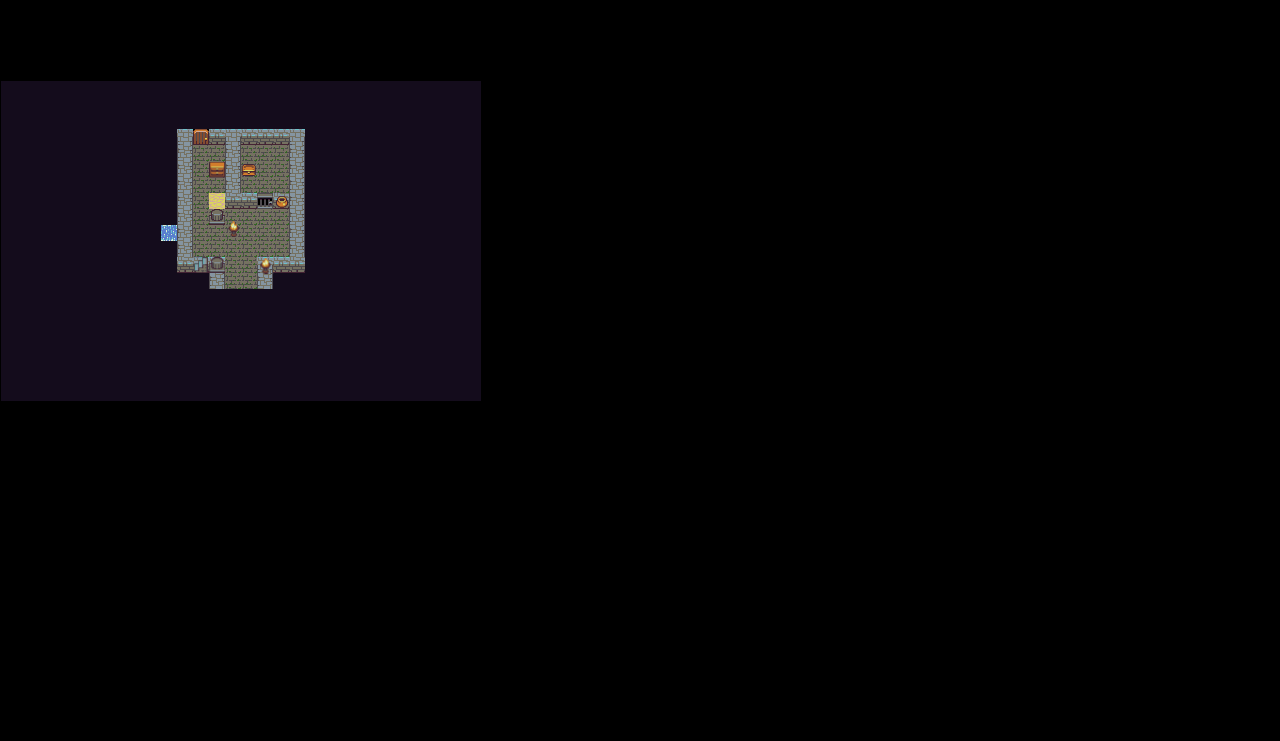
Repository: Arifindepayjr1/RPG_GAMES
Page: / (app in pixel2d_game/)
An editor plug-in stored every save of this project. The page is shown before and after a run of saves, followed by the edit.
The browser window is 1280 px wide. The pictures show the whole page.
The project was rebuilt for these pictures with package versions that can differ from the ones it lists, and the page was loaded fresh each time. Also part of the build but not shown: pixel2d_game/vite.config.js.

Above is the page before, as saved 2025-03-19 00:19:52.

### pixel2d_game/src/App.jsx
import React from 'react';
import Tilemap3 from '../src/component/tilemap3';
import './App.css'; // Optional: for styling

function App() {
  return (
    <div className="App">
      <h1>Tilemap3 Test</h1>
      <Tilemap3 />
    </div>
  );
}

export default App;

### pixel2d_game/src/component/tilemap3.jsx
import React, { useEffect, useRef, useMemo } from 'react';
import tilemapImage from "./asset/assets/tilemap1asset.png";

const Tilemap3 = () => {
  const canvasRef = useRef(null);
  const TILE_SIZE = 16;

const rawMap = [
    23, 23, 23, 23, 23, 23, 23, 23, 23, 23, 23, 23, 23, 23, 23, 23, 23, 23, 23, 23, 23, 23, 23, 23, 23, 23, 23, 23, 23, 23,
    23, 23, 23, 23, 23, 23, 23, 23, 23, 23, 23, 23, 23, 23, 23, 23, 23, 23, 23, 23, 23, 23, 23, 23, 23, 23, 23, 23, 23, 23,
    23, 23, 23, 23, 23, 23, 23, 23, 23, 23, 23, 23, 23, 23, 23, 23, 23, 23, 23, 23, 23, 23, 23, 23, 23, 23, 23, 23, 23, 23,
    23, 23, 23, 23, 23, 23, 23, 23, 23, 23, 23, 4, 49, 1, 4, 1, 1, 1, 4, 23, 23, 23, 23, 23, 23, 23, 23, 23, 23, 23,
    23, 23, 23, 23, 23, 23, 23, 23, 23, 23, 23, 2, 15, 15, 2, 15, 15, 15, 2, 23, 23, 23, 23, 23, 23, 23, 23, 23, 23, 23,
    23, 23, 23, 23, 23, 23, 23, 23, 23, 23, 23, 2, 15, 15, 2, 15, 15, 15, 2, 23, 23, 23, 23, 23, 23, 23, 23, 23, 23, 23,
    23, 23, 23, 23, 23, 23, 23, 23, 23, 23, 23, 2, 15, 15, 2, 15, 15, 15, 2, 23, 23, 23, 23, 23, 23, 23, 23, 23, 23, 23,
    23, 23, 23, 23, 23, 23, 23, 23, 23, 23, 23, 2, 15, 11, 3, 1, 50, 3, 2, 23, 23, 23, 23, 23, 23, 23, 23, 23, 23, 23,
    23, 23, 23, 23, 23, 23, 23, 23, 23, 23, 23, 2, 15, 15, 15, 15, 15, 15, 2, 23, 23, 23, 23, 23, 23, 23, 23, 23, 23, 23,
    23, 23, 23, 23, 23, 23, 23, 23, 23, 23, 22, 2, 15, 15, 15, 15, 15, 15, 2, 23, 23, 23, 23, 23, 23, 23, 23, 23, 23, 23,
    23, 23, 23, 23, 23, 23, 23, 23, 23, 23, 23, 2, 15, 15, 15, 15, 15, 15, 2, 23, 23, 23, 23, 23, 23, 23, 23, 23, 23, 23,
    23, 23, 23, 23, 23, 23, 23, 23, 23, 23, 23, 3, 1, 4, 15, 15, 4, 1, 3, 23, 23, 23, 23, 23, 23, 23, 23, 23, 23, 23,
    23, 23, 23, 23, 23, 23, 23, 23, 23, 23, 23, 23, 23, 2, 15, 15, 2, 23, 23, 23, 23, 23, 23, 23, 23, 23, 23, 23, 23, 23,
    23, 23, 23, 23, 23, 23, 23, 23, 23, 23, 23, 23, 23, 23, 23, 23, 23, 23, 23, 23, 23, 23, 23, 23, 23, 23, 23, 23, 23, 23,
    23, 23, 23, 23, 23, 23, 23, 23, 23, 23, 23, 23, 23, 23, 23, 23, 23, 23, 23, 23, 23, 23, 23, 23, 23, 23, 23, 23, 23, 23,
    23, 23, 23, 23, 23, 23, 23, 23, 23, 23, 23, 23, 23, 23, 23, 23, 23, 23, 23, 23, 23, 23, 23, 23, 23, 23, 23, 23, 23, 23,
    23, 23, 23, 23, 23, 23, 23, 23, 23, 23, 23, 23, 23, 23, 23, 23, 23, 23, 23, 23, 23, 23, 23, 23, 23, 23, 23, 23, 23, 23,
    23, 23, 23, 23, 23, 23, 23, 23, 23, 23, 23, 23, 23, 23, 23, 23, 23, 23, 23, 23, 23, 23, 23, 23, 23, 23, 23, 23, 23, 23,
    23, 23, 23, 23, 23, 23, 23, 23, 23, 23, 23, 23, 23, 23, 23, 23, 23, 23, 23, 23, 23, 23, 23, 23, 23, 23, 23, 23, 23, 23,
    23, 23, 23, 23, 23, 23, 23, 23, 23, 23, 23, 23, 23, 23, 23, 23, 23, 23, 23, 23, 23, 23, 23, 23, 23, 23, 23, 23, 23, 23
  ];

  const baseLayer = Array(20).fill().map(() => Array(30));
  for (let row = 0; row < 20; row++) {
    for (let col = 0; col < 30; col++) {
      baseLayer[row][col] = rawMap[row * 30 + col];
    }
  }

  // Memoize objects
  const objects = useMemo(() => [
    {"gid": 37, "height": 16, "id": 2, "name": "", "rotation": 0, "type": "", "visible": true, "width": 16, "x": 239.75, "y": 81},
    {"gid": 57, "height": 16, "id": 3, "name": "", "rotation": 0, "type": "", "visible": true, "width": 16, "x": 208.25, "y": 80.5},
    {"gid": 40, "height": 16, "id": 7, "name": "", "rotation": 0, "type": "", "visible": true, "width": 16, "x": 208, "y": 128},
    {"gid": 61, "height": 16, "id": 8, "name": "", "rotation": 0, "type": "", "visible": true, "width": 16, "x": 224.75, "y": 139.75},
    {"gid": 58, "height": 16, "id": 10, "name": "", "rotation": 0, "type": "", "visible": true, "width": 16, "x": 191.25, "y": 176.25},
    {"gid": 40, "height": 16, "id": 11, "name": "", "rotation": 0, "type": "", "visible": true, "width": 16, "x": 208.25, "y": 176.25},
    {"gid": 62, "height": 16, "id": 12, "name": "", "rotation": 0, "type": "", "visible": true, "width": 16, "x": 256.5, "y": 176.5},
    {"gid": 28, "height": 16, "id": 14, "name": "", "rotation": 0, "type": "", "visible": true, "width": 16, "x": 273, "y": 113.25}
  ], []); // Empty dependency array since it’s static

  useEffect(() => {
    const canvas = canvasRef.current;
    const ctx = canvas.getContext('2d');
    const tileset = new Image();
    tileset.src = tilemapImage;

    const tilePositions = {
      12: { x: 48, y: 16 }, 11: { x: 32, y: 16 }, 18: { x: 16, y: 32 }, 22: { x: 80, y: 32 },
      0: { x: 0, y: 16 }, 5: { x: 64, y: 0 }, 8: { x: 112, y: 0 }, 6: { x: 80, y: 0 },
      1: { x: 0, y: 0 }, 2: { x: 16, y: 0 }, 89: { x: 0, y: 176 }, 13: { x: 64, y: 16 },
      77: { x: 64, y: 144 }, 31: { x: 96, y: 48 }, 59: { x: 32, y: 112 }, 60: { x: 48, y: 112 },
      21: { x: 64, y: 32 }, 28: { x: 48, y: 48 }, 57: { x: 112, y: 96 }, 56: { x: 96, y: 96 },
      45: { x: 80, y: 80 }, 54: { x: 80, y: 96 }, 48: { x: 112, y: 80 }, 38: { x: 80, y: 64 },
      36: { x: 64, y: 64 }, 16: { x: 112, y: 16 }, 51: { x: 32, y: 96 }, 19: { x: 32, y: 32 },
      49: { x: 0, y: 96 }, 41: { x: 0, y: 80 }, 42: { x: 16, y: 80 }, 43: { x: 32, y: 80 },
      33: { x: 0, y: 64 }, 25: { x: 0, y: 48 }, 26: { x: 16, y: 48 }, 27: { x: 32, y: 48 },
      35: { x: 32, y: 64 }, 15: { x: 96, y: 16 }, 23: { x: 96, y: 32 }, 24: { x: 64, y: 32 },
      3: { x: 32, y: 0 }, 4: { x: 48, y: 0 }, 50: { x: 16, y: 96 }, 37: { x: 64, y: 64 },
      40: { x: 112, y: 64 }, 58: { x: 0, y: 112 }, 61: { x: 64, y: 112 }, 62: { x: 80, y: 112 }
    };

    const drawMap = () => {
      if (!tileset.complete || tileset.naturalWidth === 0) {
        console.log('Tileset not loaded yet, retrying...');
        setTimeout(drawMap, 100);
        return;
      }

      for (let row = 0; row < 20; row++) {
        for (let col = 0; col < 30; col++) {
          const tileId = baseLayer[row][col];
          const tilePos = tilePositions[tileId] || tilePositions[15];
          ctx.drawImage(
            tileset,
            tilePos.x, tilePos.y,
            TILE_SIZE, TILE_SIZE,
            col * TILE_SIZE, row * TILE_SIZE,
            TILE_SIZE, TILE_SIZE
          );
        }
      }

      objects.forEach(obj => {
        if (obj.visible) {
          const tilePos = tilePositions[obj.gid];
          if (tilePos) {
            const x = Math.floor(obj.x / TILE_SIZE) * TILE_SIZE + (obj.x % TILE_SIZE);
            const y = Math.floor(obj.y / TILE_SIZE) * TILE_SIZE + (obj.y % TILE_SIZE);
            ctx.drawImage(
              tileset,
              tilePos.x, tilePos.y,
              TILE_SIZE, TILE_SIZE,
              x, y,
              TILE_SIZE, TILE_SIZE
            );
          }
        }
      });
    };

    tileset.onload = drawMap;
    tileset.onerror = () => console.error('Failed to load tileset image');

    return () => {};
  }, [baseLayer, objects]);

  return (
    <div>
      <canvas ref={canvasRef} width={480} height={320} style={{ border: '1px solid black' }} />
    </div>
  );
};

export default Tilemap3;

### pixel2d_game/src/App.css
body {
  margin: 0;
  padding: 0;
  background: black;
  height: 100vh;
  overflow: hidden;
}

Loaded but not shown: pixel2d_game/index.html (common file); pixel2d_game/src/main.jsx (common file); pixel2d_game/src/index.css (no stored copy; drawn as an empty file)

After the next 2 saves:
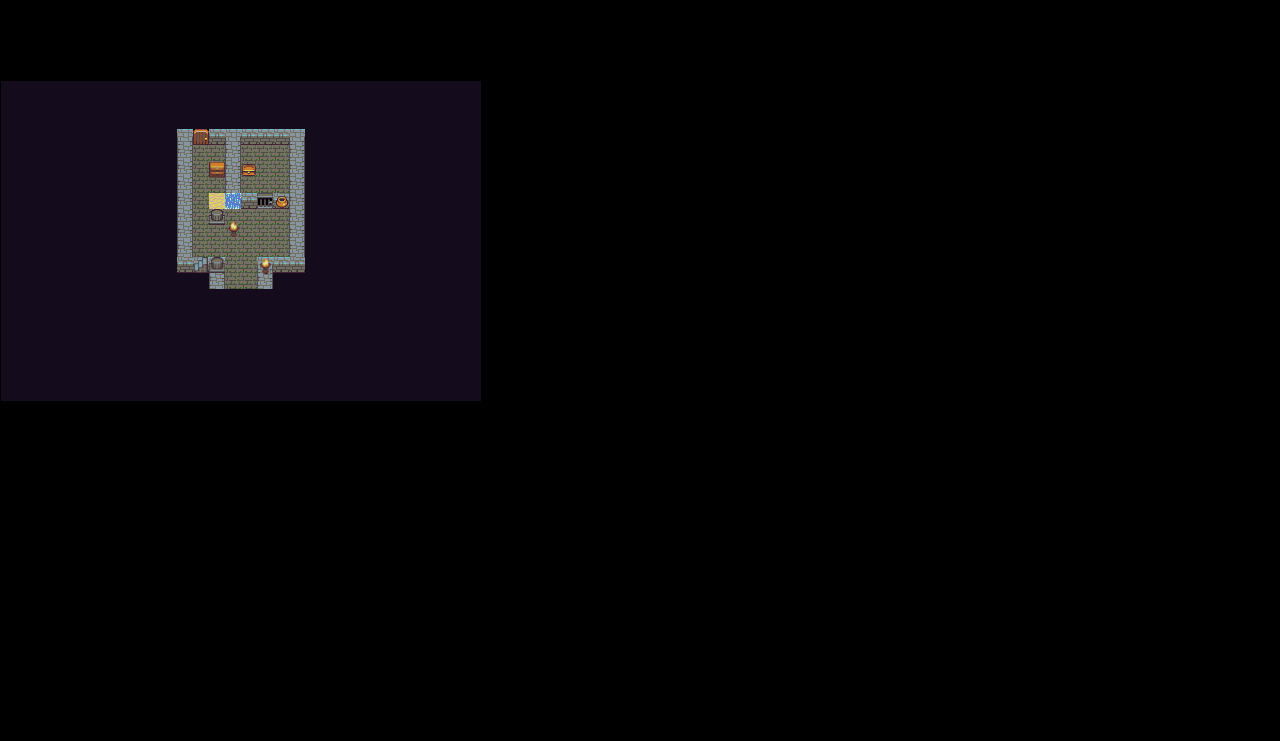
The 2 saves are shown as one change because they came seconds apart.
The last was saved 9 s later.
--- a/pixel2d_game/src/component/tilemap3.jsx
+++ b/pixel2d_game/src/component/tilemap3.jsx
@@ -13,9 +13,9 @@ const rawMap = [
     23, 23, 23, 23, 23, 23, 23, 23, 23, 23, 23, 2, 15, 15, 2, 15, 15, 15, 2, 23, 23, 23, 23, 23, 23, 23, 23, 23, 23, 23,
     23, 23, 23, 23, 23, 23, 23, 23, 23, 23, 23, 2, 15, 15, 2, 15, 15, 15, 2, 23, 23, 23, 23, 23, 23, 23, 23, 23, 23, 23,
     23, 23, 23, 23, 23, 23, 23, 23, 23, 23, 23, 2, 15, 15, 2, 15, 15, 15, 2, 23, 23, 23, 23, 23, 23, 23, 23, 23, 23, 23,
-    23, 23, 23, 23, 23, 23, 23, 23, 23, 23, 23, 2, 15, 11, 3, 1, 50, 3, 2, 23, 23, 23, 23, 23, 23, 23, 23, 23, 23, 23,
+    23, 23, 23, 23, 23, 23, 23, 23, 23, 23, 23, 2, 15, 11, 22, 1, 50, 3, 2, 23, 23, 23, 23, 23, 23, 23, 23, 23, 23, 23,
     23, 23, 23, 23, 23, 23, 23, 23, 23, 23, 23, 2, 15, 15, 15, 15, 15, 15, 2, 23, 23, 23, 23, 23, 23, 23, 23, 23, 23, 23,
-    23, 23, 23, 23, 23, 23, 23, 23, 23, 23, 22, 2, 15, 15, 15, 15, 15, 15, 2, 23, 23, 23, 23, 23, 23, 23, 23, 23, 23, 23,
+    23, 23, 23, 23, 23, 23, 23, 23, 23, 23, 23, 2, 15, 15, 15, 15, 15, 15, 2, 23, 23, 23, 23, 23, 23, 23, 23, 23, 23, 23,
     23, 23, 23, 23, 23, 23, 23, 23, 23, 23, 23, 2, 15, 15, 15, 15, 15, 15, 2, 23, 23, 23, 23, 23, 23, 23, 23, 23, 23, 23,
     23, 23, 23, 23, 23, 23, 23, 23, 23, 23, 23, 3, 1, 4, 15, 15, 4, 1, 3, 23, 23, 23, 23, 23, 23, 23, 23, 23, 23, 23,
     23, 23, 23, 23, 23, 23, 23, 23, 23, 23, 23, 23, 23, 2, 15, 15, 2, 23, 23, 23, 23, 23, 23, 23, 23, 23, 23, 23, 23, 23,
